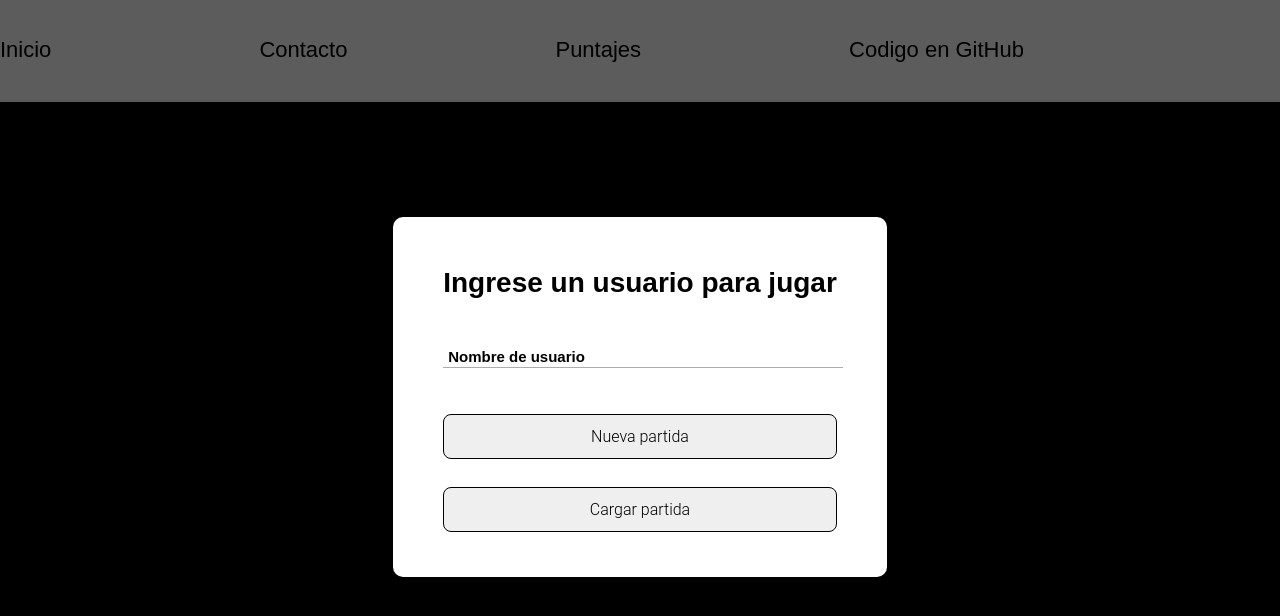
Repository: FacundoKinderknecht/FacundoKinderknecht_Wordle_Game_LPPA
Page: index.html
These files come from the project's save history. The page is drawn as it stood at one moment and after the next save; the edit follows.
The browser window is 1280 px wide. The pictures show the whole page.

Above is the page before, as saved 2023-08-08 02:54:35.

### index.html
<!DOCTYPE html>
<html lang="en">
    <head>
        <meta charset="UTF-8">
        <meta http-equiv="X-UA-Compatible" content="IE=edge">
        <meta name="viewport" content="width=device-width, initial-scale=1.0">
        <link rel ="stylesheet" href="/css/reset.css">
        <link rel="stylesheet" href="/css/index.css">
        <link rel="stylesheet" href="/css/styles.css">
        <script src="/js/index.js"></script>

        <title>Final LPPA Facundo Kinderknecht</title>
    </head>
    <body>
        <header>
            <nav class="navbar">
                <a href="">Inicio</a>
                <a href="">Contacto</a>
                <a href="">Puntajes</a>
                <a href="https://github.com/FacundoKinderknecht/FacundoKinderknecht_Wordle_Game_LPPA" target="_blank">Codigo en GitHub</a>
            </nav>
        </header>

        <div class="form-container">
            <form class="form-user">
                <h2 class="form-title">Ingrese un usuario para jugar</h2>
                <fieldset class="group-form">
                    <input class="form-txt" id="txt-user" placeholder="">
                    <label class="form-lbl" id="lbl-user" for="txt-user">Nombre de usuario</label>
                </fieldset>
                <input type="button" class="form-button" value="Nueva partida" id="btn-new">
                <input type="button" class="form-button" value="Cargar partida" id="btn-load">
            </form>
        </div>
    </body>
</html>

### css/reset.css
/* http://meyerweb.com/eric/tools/css/reset/
   v2.0 | 20110126
   License: none (public domain)
*/

html, body, div, span, applet, object, iframe,
h1, h2, h3, h4, h5, h6, p, blockquote, pre,
a, abbr, acronym, address, big, cite, code,
del, dfn, em, img, ins, kbd, q, s, samp,
small, strike, strong, sub, sup, tt, var,
b, u, i, center,
dl, dt, dd, ol, ul, li,
fieldset, form, label, legend,
table, caption, tbody, tfoot, thead, tr, th, td,
article, aside, canvas, details, embed,
figure, figcaption, footer, header, hgroup,
menu, nav, output, ruby, section, summary,
time, mark, audio, video {
	margin: 0;
	padding: 0;
	border: 0;
	font-size: 100%;
	font: inherit;
	vertical-align: baseline;
}

### css/index.css
form{
    background-color: white;
    margin: 100px auto;
    width: 90%;
    max-width: 400px;
    padding: 50px;
    padding-bottom: 25px;
    border-radius: 10px;
    box-shadow: 0px 2px 5px;
    text-align: center;
}

.form-title{
    font-size: 28px;
    margin-bottom: 40px;
    font-weight: 700;
}

.form-container{
    margin-top: 50px;
    display:flex;
    margin: auto;
}

.group-form{
    width: 100%;
    position: relative;
    margin-bottom: 30px;
}

.form-txt{
    width: 100%;
    background: none;
    margin-bottom: 8px;
    color: rgb(27, 27, 27);
    font-size: 16px;
    padding: 5px 3px;
    border:none;
    outline:none;
    border-bottom: 1px solid rgb(87, 87, 87, 0.49);
}

.form-txt:focus + .form-lbl, .form-txt:not(:placeholder-shown) + .form-lbl{
    transform: translateY(-13px) scale(0.9);
    transform-origin: left top;
}

.form-lbl{
    position:absolute;
    font-size: 15px;
    top:0;
    left:5px;
    font-weight: bold;
    transform: translateY(9px);
    transform-origin: left bottom;
    transition: transform .5s;
}

.form-txt-error{
    width: 100%;
    color:rgb(255, 0, 0);
    text-align: center;
}

.form-button{
    width: 100%;
    font-family: 'Roboto', sans-serif;
    font-weight: 300;
    font-size: 16px;
    padding: 12px 0px;
    border: 1px solid;
    border-radius: 8px;
    cursor: pointer;
    transition: background-color .3s;
    margin-top: 8px;
    margin-bottom: 20px;
}

.hidden{
    display: none;
}

### css/styles.css
body{
    font-family: Arial, Helvetica, sans-serif;
    background-color: black;
    display:flex;
    align-items: center;
    flex-direction: column;
}

header{
    width: 100%;
    height: 100px;
    margin-bottom: 15px;
    display: flex;
    justify-content: justify-content;
    align-items: center;
    background-color: rgb(93, 92, 92);
    border-bottom: 2px solid rgb(87, 87, 87, 0.49);
}

header nav{
    display:inherit;
    justify-content: space-between;
    width: 80%;
}

header nav a{
    text-decoration: none;
    font-weight: 400;
    font-size: 22px;
    color: black;
}

header nav a:hover{
    font-size: 30px;
}

header nav i{
    font-size: 22px;
}

.hidden {
    display:none;
}

Loaded but not shown: js/index.js (no stored copy; drawn as an empty file)

After the next save:
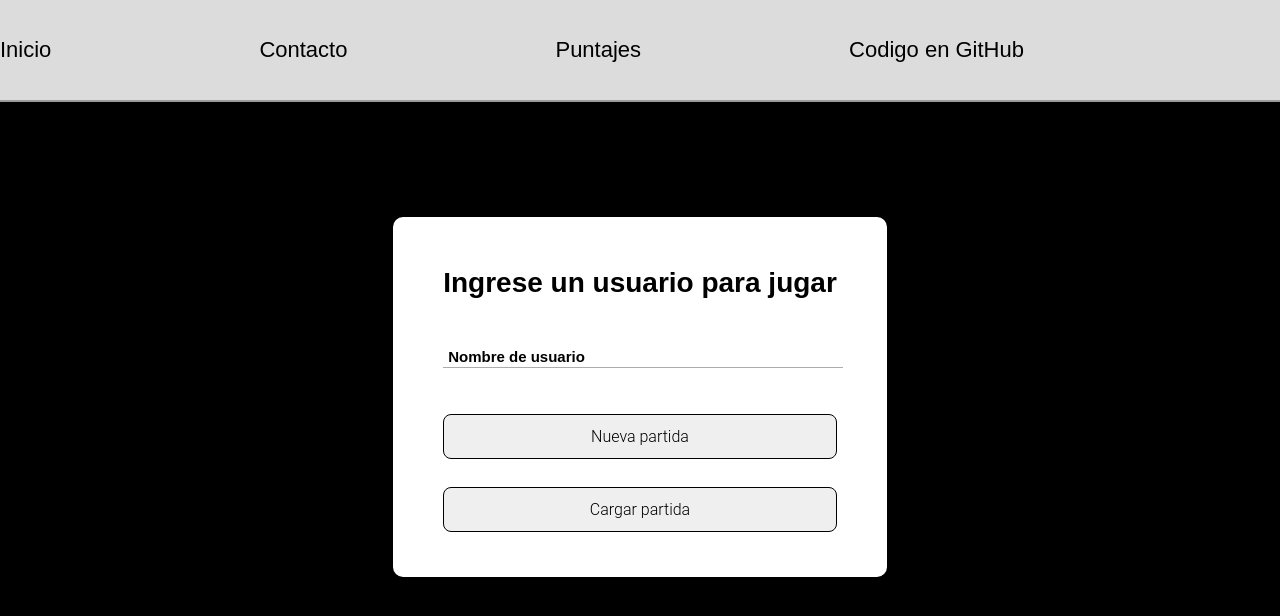
Saved 7 s later.
--- a/css/styles.css
+++ b/css/styles.css
@@ -13,7 +13,7 @@ header{
     display: flex;
     justify-content: justify-content;
     align-items: center;
-    background-color: rgb(93, 92, 92);
+    background-color: gainsboro;
     border-bottom: 2px solid rgb(87, 87, 87, 0.49);
 }
 
